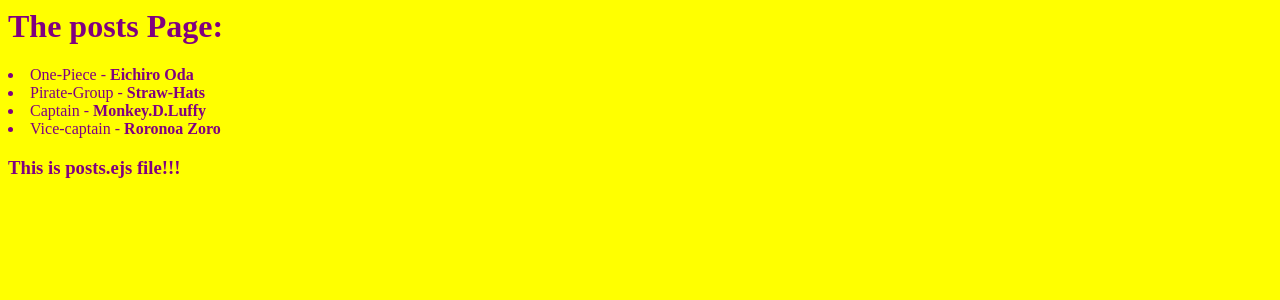
Repository: abedhtiwari14/Cloud-9
Page: http://localhost/posts
The author's editor kept a record of every edit. The page is drawn from the files as they stood at one moment, then again after the next edit.
The browser window is 1280 px wide. The pictures show the whole page.
The page is served by the project's Node server (MoreExpress/EJSDemo/app.js).

Above is the page before.

After the next edit:
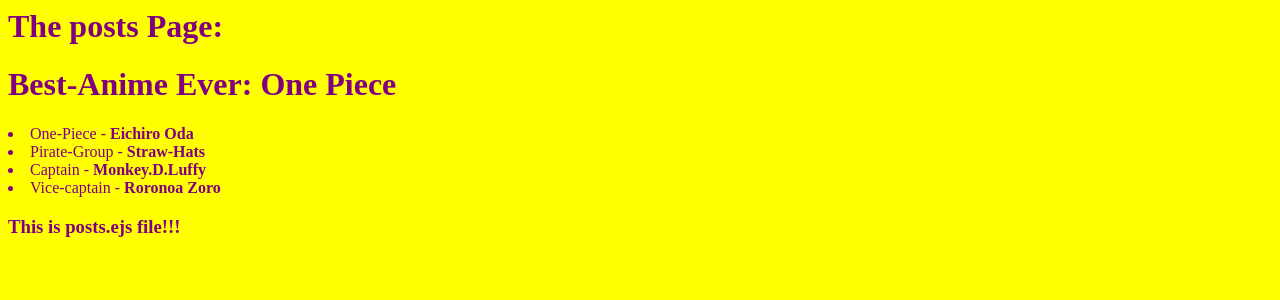
The edit:
--- a/MoreExpress/EJSDemo/views/posts.ejs
+++ b/MoreExpress/EJSDemo/views/posts.ejs
@@ -2,6 +2,8 @@
 <link rel="stylesheet" href="app.css">
 
 <h1>The posts Page:</h1>
+
+<strong><h1>Best-Anime Ever: One Piece</h1></strong>
 
 <% for(var i=0; i<posts.length; i++){ %>
 <li>
